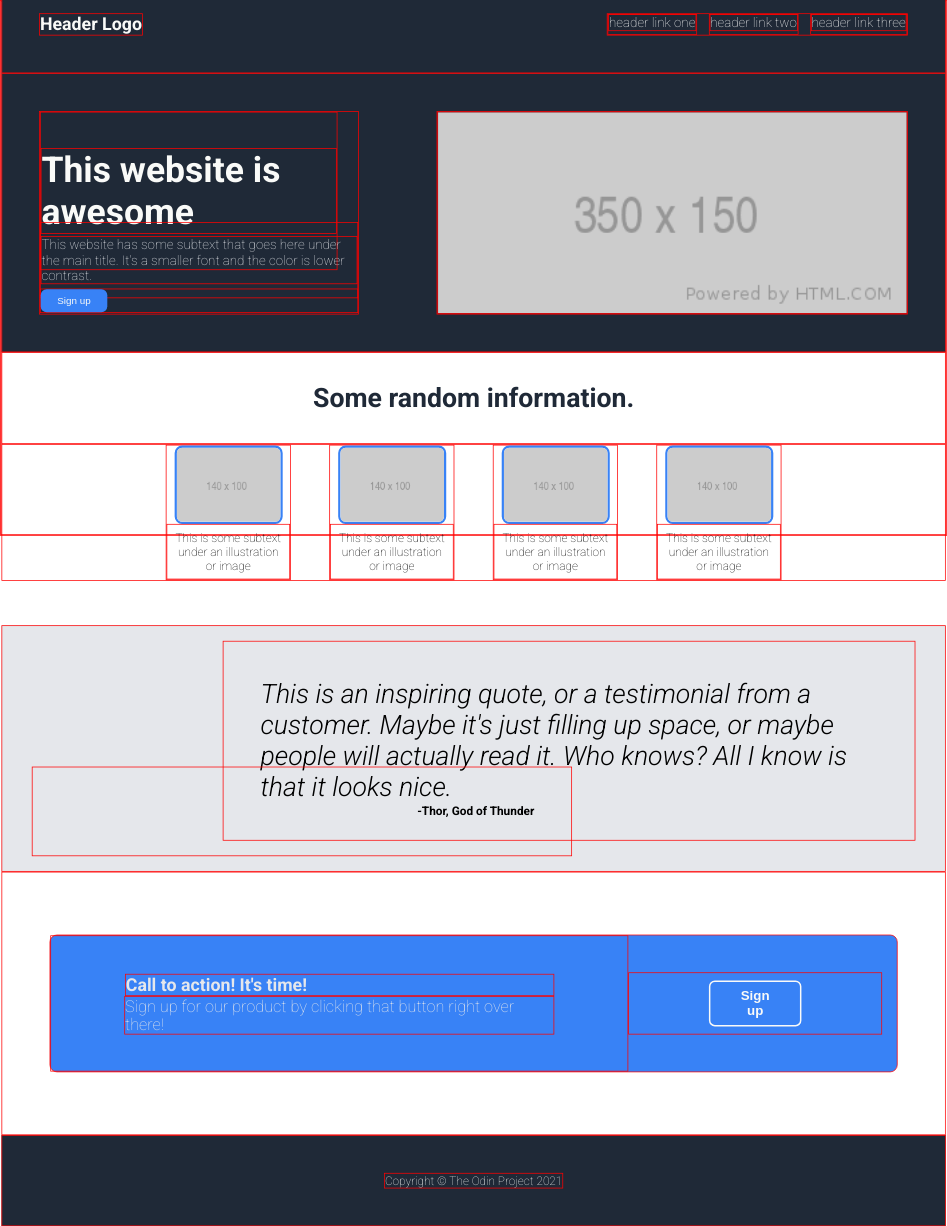
Repository: weazzyefff/The-Landing-Page
Page: index.html
These files come from the project's save history. The page is drawn as it stood at one moment and after the next save; the edit follows.
The browser window is 1280 px wide. The pictures show the whole page, at 74% of full size.

Above is the page before, as saved 2022-11-01 19:33:24.
Not found: index.js

After the next save:
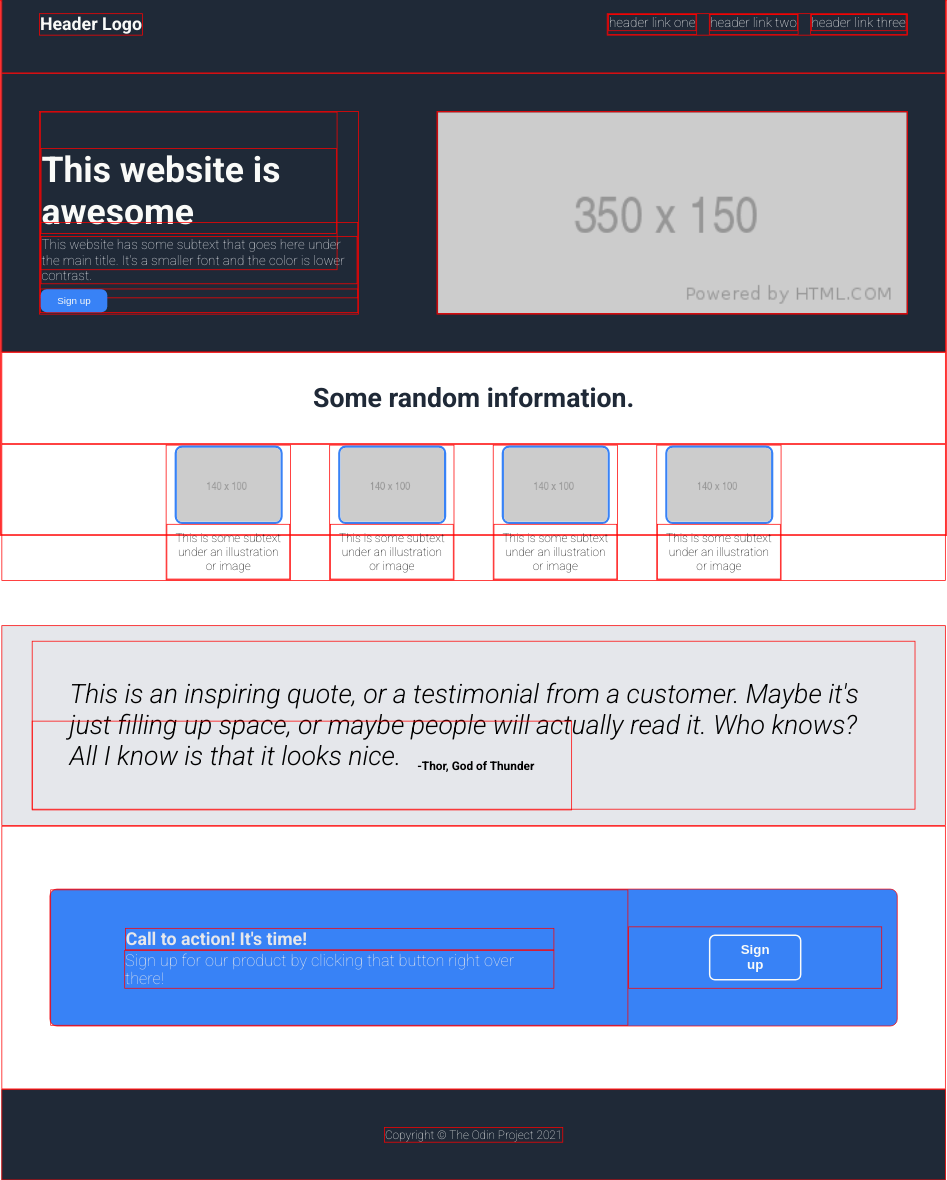
Saved 17 s later.
--- a/css/styles.css
+++ b/css/styles.css
@@ -156,8 +156,6 @@ ul {
 }
 
 .quote {
-    margin-left: 258px;
-    margin-bottom: 20px;
     padding: 50px;
     font-size: 36px;
     font-style: italic;
